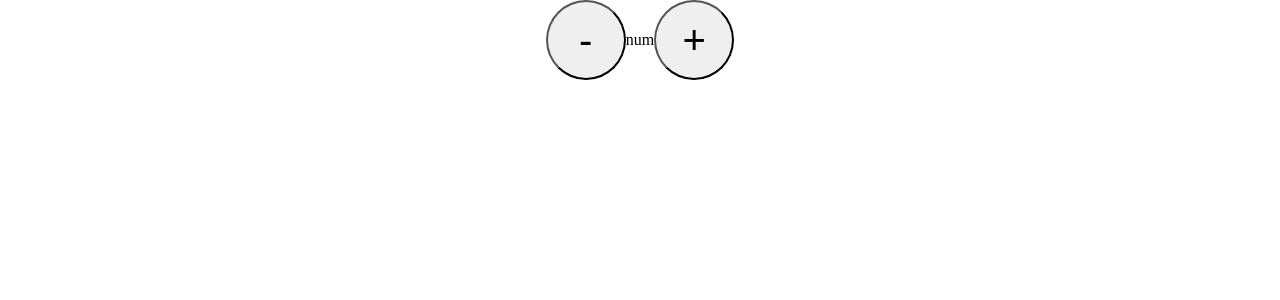
Repository: zRush1202/LoginPage-demo
Page: dom/exercise/counter.html
These files come from the project's save history. The page is drawn as it stood at one moment and after the next save; the edit follows.
The browser window is 1280 px wide. The pictures show the whole page.

Above is the page before, as saved 2023-09-16 20:23:52.

After the next save:
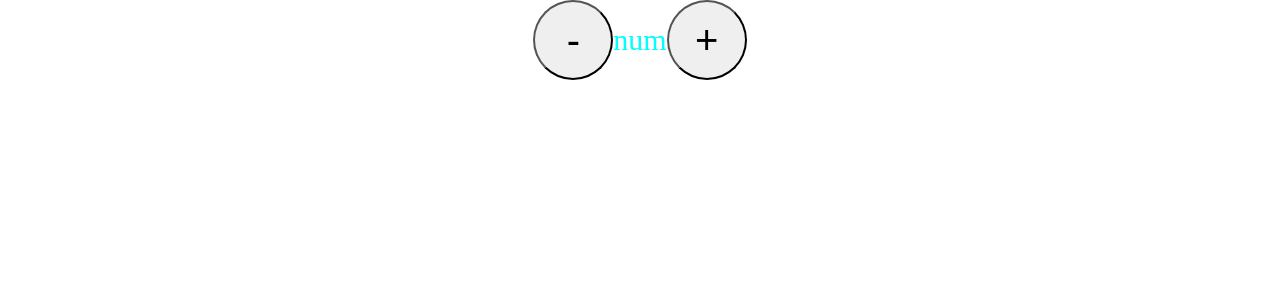
Saved 69 s later.
--- a/dom/exercise/counter.css
+++ b/dom/exercise/counter.css
@@ -10,6 +10,12 @@
     text-align: center;
 }
 
+.num {
+    color: aqua;
+    text-align: center;
+    font-size: 30px;
+}
+
 .des, .ins{
     height: 80px;
     width: 80px;
